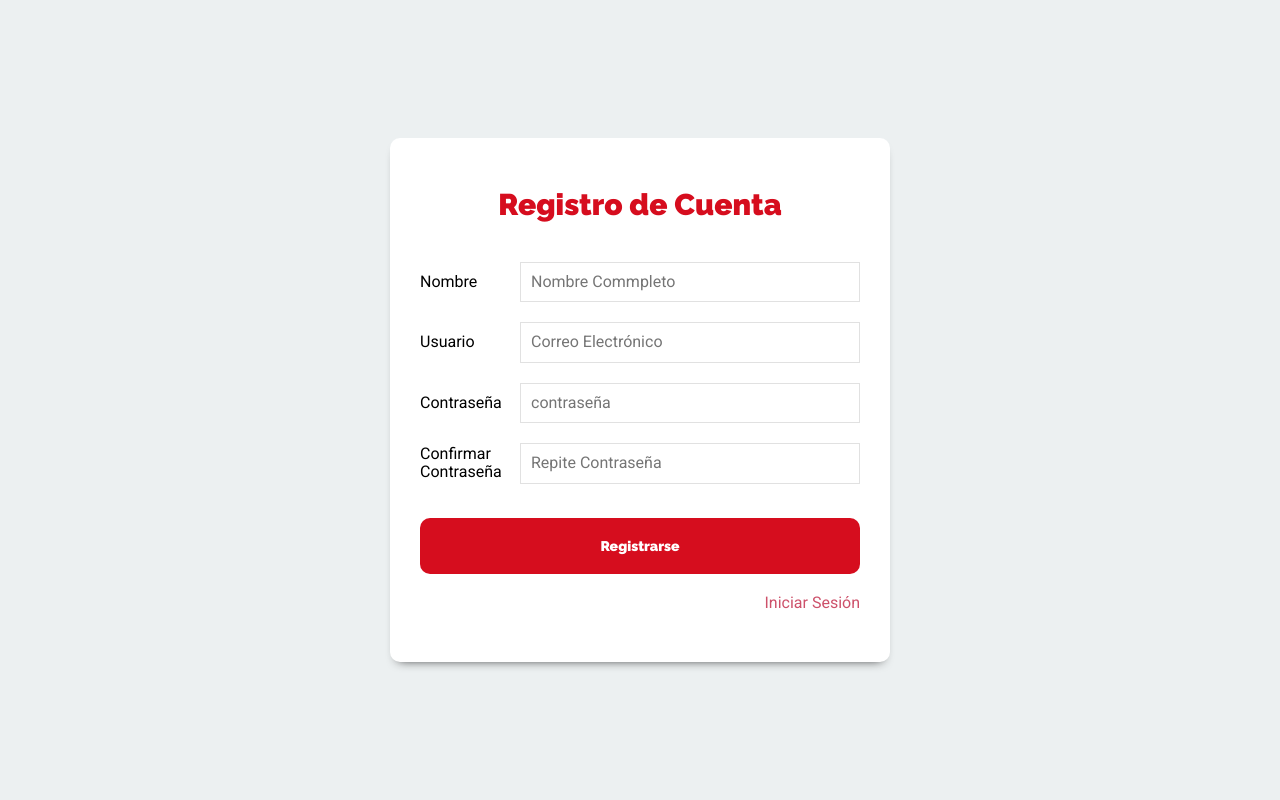
Repository: andrescovarrubias/admin-proyectos
Page: /nueva-cuenta (app in cliente/)
The author's editor kept a copy of each file at every save. The page is drawn from the files as they stood at one save, then again after the next save.
The browser window is 1280 px wide. The pictures show the whole page.
The project was rebuilt for these pictures with package versions that can differ from the ones it lists, and the page was loaded fresh each time. Also part of the build but not shown: cliente/src/components/auth/Login.jsx, cliente/src/components/proyectos/NuevoProyecto.jsx, cliente/src/components/layout/SideBar.jsx, cliente/src/components/proyectos/Proyectos.jsx.

Above is the page before, as saved 2020-10-31 17:23:24.

### cliente/src/index.css
:root {
  --blanco: #ffffff;
  --blanco2: #fcf7ff;
  --blanco3: #ecf0f1;
  --azul1: #258ea6;
  --morado1: #4d376d;
  --morado2: #861657;
  --azul2: #1b065e;
  --azul3: #2e4052;
  --rojo: #d60d1e;
  --rojo2: #b8082c;
  --headingFont: "Raleway", sans-serif;
  --textFont: "Roboto", sans-serif;
}
*,
*:before,
*:after {
  box-sizing: inherit;
}
html {
  box-sizing: border-box;
  height: 100%;
  font-size: 62.5%;
}
body {
  min-height: 100%;
  background-color: #ecf0f1;
  font-size: 16px;
  font-size: 1.6rem;
  font-family: var(--textFont);
}

h1,
h2 {
  font-family: var(--headingFont);
  font-weight: 900;
  margin: 0 0 4rem 0;
  text-align: center;
  color: var(--rojo);
}
h1 span {
  font-weight: 400;
}
h1 {
  font-size: 3rem;
}
h2 {
  font-size: 2.4rem;
}
ul {
  list-style: none;
  padding: 0;
  margin: 0;
}
a {
  text-decoration: none;
  color: var(--gris2);
}

/** BOTONES **/
.btn {
  margin-top: 2vh;
  font-family: var(--headingFont);
  padding: 20px;
  font-size: 14px;
  font-weight: bold;
  border-radius: 10px;
  border: none;
  transition: background-color 0.3s ease;
}
.btn:hover {
  cursor: pointer;
}
.btn-primario {
  background-color: var(--rojo);
  color: var(--blanco);
}
.btn-primario:hover {
  background: rgb(185, 26, 47);
}
.btn-secundario {
  background-color: var(--rojo2);
}
.btn-block {
  display: block;
  width: 100%;
}
.btn-submit:hover {
  background-color: rgb(185, 26, 47);
}
.btn-blank {
  margin: 0;
  padding: 0;
  display: block;
  background-color: transparent;
}

@media (min-width: 768px) {
  .contenedor-app {
    display: flex;
    min-height: 100vh;
  }

  aside {
    background-color: var(--blanco);
    flex: 0 0 300px;
  }
  .seccion-principal {
    flex: 1;
  }
}

/* BARRA LATERAL */
aside {
  padding: 3rem;
}

.formulario-nuevo-proyecto {
  margin-top: 6rem;
}
.formulario-nuevo-proyecto .input-text {
  border-bottom: 1px solid var(--gris2);
  border-radius: 0;
  background-color: var(--gris1);
}
.formulario-nuevo-proyecto .input-text::placeholder {
  color: var(--gris2);
}
.proyectos {
  margin-top: 5vh;
}
.listado-proyectos li {
  margin-bottom: 2rem;
}
.listado-proyectos li a {
  font-size: 1.4rem;
  color: var(--gris2);
  line-height: 1.5;
  font-weight: 300;
}
.app-header {
  display: flex;
  justify-content: space-between;
  background-color: var(--gris2);
  padding: 4rem;
}
.nombre-usuario {
  color: var(--blanco);
  font-size: 2.2rem;
  margin: 0;
}
.nombre-usuario span {
  font-weight: 900;
}
.nav-principal a {
  color: var(--blanco);
  text-decoration: none;
}
.nav-principal a:first-of-type {
  margin-right: 2rem;
}

/** Formulario crear y editar tareas **/
.formulario {
  background-color: var(--gris3);
  padding: 4rem;
}
.formulario form {
  max-width: 600px;
  margin: 0 auto;
}
.contenedor-input {
  display: flex;
}
.contenedor-input label {
  margin-bottom: 1rem;
  color: var(--blanco);
}
.input-text {
  padding: 1rem;
  border: none;
  border-radius: 0.5rem;
  flex: 1;
  width: 100%;
}

/** TAREAS LISTADO **/
.contenedor-tareas {
  padding: 4rem;
}

.listado-tareas {
  max-width: 600px;
  margin: 0 auto;
}

.tarea {
  display: flex;
  justify-content: space-between;
  background-color: var(--blanco);
  padding: 0.5rem 2rem;
  align-items: center;
  margin-bottom: 1rem;
  border-radius: 0.5rem;
}
.sombra {
  -webkit-box-shadow: 0px 4px 10px -3px rgba(117, 117, 117, 1);
  -moz-box-shadow: 0px 4px 10px -3px rgba(117, 117, 117, 1);
  box-shadow: 0px 4px 10px -3px rgba(117, 117, 117, 1);
}
.sombra-dark {
  -webkit-box-shadow: 0px 6px 11px -8px rgba(0, 0, 0, 0.9);
  -moz-box-shadow: 0px 6px 11px -8px rgba(0, 0, 0, 0.9);
  box-shadow: 0px 6px 11px -8px rgba(0, 0, 0, 0.9);
}
.tarea .acciones .btn:first-of-type {
  margin-right: 1rem;
}
.tarea p {
  font-size: 1.6rem;
  flex: 1;
  padding-right: 2rem;
}
.tarea .btn {
  padding: 0.8rem;
  font-size: 1.4rem;
  border-radius: 0;
  margin: 0;
}

.estado {
  margin-right: 1rem;
}
.estado button,
.mensaje {
  font-weight: 900;
  font-family: var(--textFont);
  font-size: 1rem;
  padding: 0.5rem;
  border-radius: 0.5rem;
  cursor: pointer;
  border: none;
}
.mensaje {
  text-align: center;
  font-size: 1.6rem;
  border-radius: 0;
}
.mensaje:hover {
  cursor: default;
}
.completo,
.correcto {
  background-color: rgba(154, 252, 154, 0.3);
  color: var(--gris3);
}
.incompleto {
  background-color: rgba(255, 178, 178, 0.4);
  color: var(--gris3);
}
.error {
  max-width: 600px;
  margin: 2rem auto 0 auto;
  background-color: rgb(170, 0, 0);
  color: var(--blanco);
}

.tarea-enter,
.proyecto-enter {
  opacity: 0;
}
.tarea-enter-active,
.proyecto-enter-active {
  opacity: 1;
  transition: opacity 200ms;
}
.tarea-exit,
.proyecto-exit {
  opacity: 1;
}
.tarea-exit-active,
.proyecto-exit-active {
  opacity: 0;
  transition: opacity 200ms;
}

.form-usuario {
  height: 100vh;
  min-height: 800px;
  display: flex;
  align-items: center;
  justify-content: center;
}

.contenedor-form {
  padding: 5rem 3rem;
  max-width: 500px;
  width: 95%;
  background-color: var(--blanco);
  border-radius: 1rem;
}
.contenedor-form h1 {
  color: var(--rojo);
}

.campo-form {
  display: flex;
  margin-bottom: 2rem;
  align-items: center;
}
.campo-form:last-of-type {
  margin: 0;
}
.campo-form label {
  flex: 0 0 100px;
  font-family: var(--textFont);
}
.campo-form input[type="password"],
.campo-form input[type="email"],
.campo-form input[type="text"] {
  border: 1px solid #e1e1e1;
  padding: 1rem;
  flex: 1;
}

.enlace-cuenta {
  margin-top: 2rem;
  display: block;
  opacity: 0.7;
  float: right;
  color: var(--rojo2);
}
.enlace-cuenta:hover {
  text-decoration: underline var(--rojo);
}

.alerta {
  position: fixed;
  top: 0;
  left: 0;
  padding: 1rem 3rem;
  border-radius: 1rem;
  font-family: var(--headingFont);
  font-weight: 600;
  text-transform: uppercase;
  font-size: 2.2rem;
  text-align: center;
  width: 100%;
}
@media (min-width: 768px) {
  .alerta {
    width: auto;
    top: 30px;
    right: 10px;
    left: auto;
  }
}

.alerta-ok {
  background-color: rgb(109, 211, 109);
  color: rgb(2, 103, 2);
}
.alerta-error {
  background-color: rgb(230, 78, 78);
  color: var(--blanco);
}

### cliente/src/App.js
import React, {Fragment, useState, useEffect, useContext} from 'react';
import Login from './components/auth/Login';
import NuevaCuenta from './components/auth/NuevaCuenta';
import Proyectos from './components/proyectos/Proyectos';

import {BrowserRouter as Router, Switch, Route} from 'react-router-dom';


function App() {
  return (
    <Router>
      <Switch>
        <Route exact path='/' component = {Login} />
        <Route exact path='/nueva-cuenta' component = {NuevaCuenta} />
        <Route exact path='/proyectos' component = {Proyectos} />
      </Switch>
    </Router>
  );
}

export default App;

### cliente/src/components/auth/NuevaCuenta.jsx
import React, { useState } from 'react';
import {Link} from 'react-router-dom';


const NuevaCuenta = () => {

     // state para iniciar sesion
     const [usuario, guardarUsuario] = useState ({
          nombre:'',
          email:'',
          password:'',
          confirmar:''
     });

     // extraer el usuario
     const {nombre,email, password, confirmar} = usuario;

     const onChange = e => {
          guardarUsuario({
               ...usuario,
               [e.target.name] : e.target.value
          })
     }


     // cuando el usuario quiere iniciar sesion
     const onSubmit = e => {
          e.preventDefault();

          // validar que no haya campos vacios

          // pasarlo al action

     }

     return (
          <div className="form-usuario">
               <div className="contenedor-form sombra-dark">
                    <h1>Registro de Cuenta</h1>
                    <form
                         onSubmit = {onSubmit}
                    >
                         <div className="campo-form">
                              <label htmlFor="nombre">Nombre</label>
                              <input
                                   type="text"
                                   id="nombre"
                                   name="nombre"
                                   placeholder="Nombre Commpleto"
                                   autocomplete="off"
                                   required
                                   value={nombre}
                                   onChange={onChange}
                              />
                         </div>
                         <div className="campo-form">
                              <label htmlFor="email">Usuario</label>
                              <input
                                   type="email"
                                   id="email"
                                   name="email"
                                   placeholder="Correo Electrónico"
                                   autocomplete="off"
                                   required
                                   value={email}
                                   onChange={onChange}
                              />
                         </div>
                         <div className="campo-form">
                              <label htmlFor="password">Contraseña</label>
                              <input
                                   type="password"
                                   id="password"
                                   name="password"
                                   placeholder="contraseña"
                                   autocomplete="off"
                                   value={password}
                                   required
                                   onChange={onChange}
                              />
                         </div>
                         <div className="campo-form">
                              <label htmlFor="confirmar">Confirmar Contraseña</label>
                              <input
                                   type="password"
                                   id="confirmar"
                                   name="confirmar"
                                   placeholder="Repite Contraseña"
                                   autocomplete="off"
                                   value={confirmar}
                                   required
                                   onChange={onChange}
                              />
                         </div>

                         <div className="campo-form">
                              <input type="submit" className=" btn btn-primario btn-block" value="Registrarse"/>
                         </div>
                    </form>
                    <Link to={'/'} className="enlace-cuenta">
                         Iniciar Sesión
                    </Link>
               </div>
          </div>
      );
}

export default NuevaCuenta;

Loaded but not shown: cliente/public/index.html (common file); cliente/src/index.js (common file); cliente/src/reportWebVitals.js (common file)

After the next save:
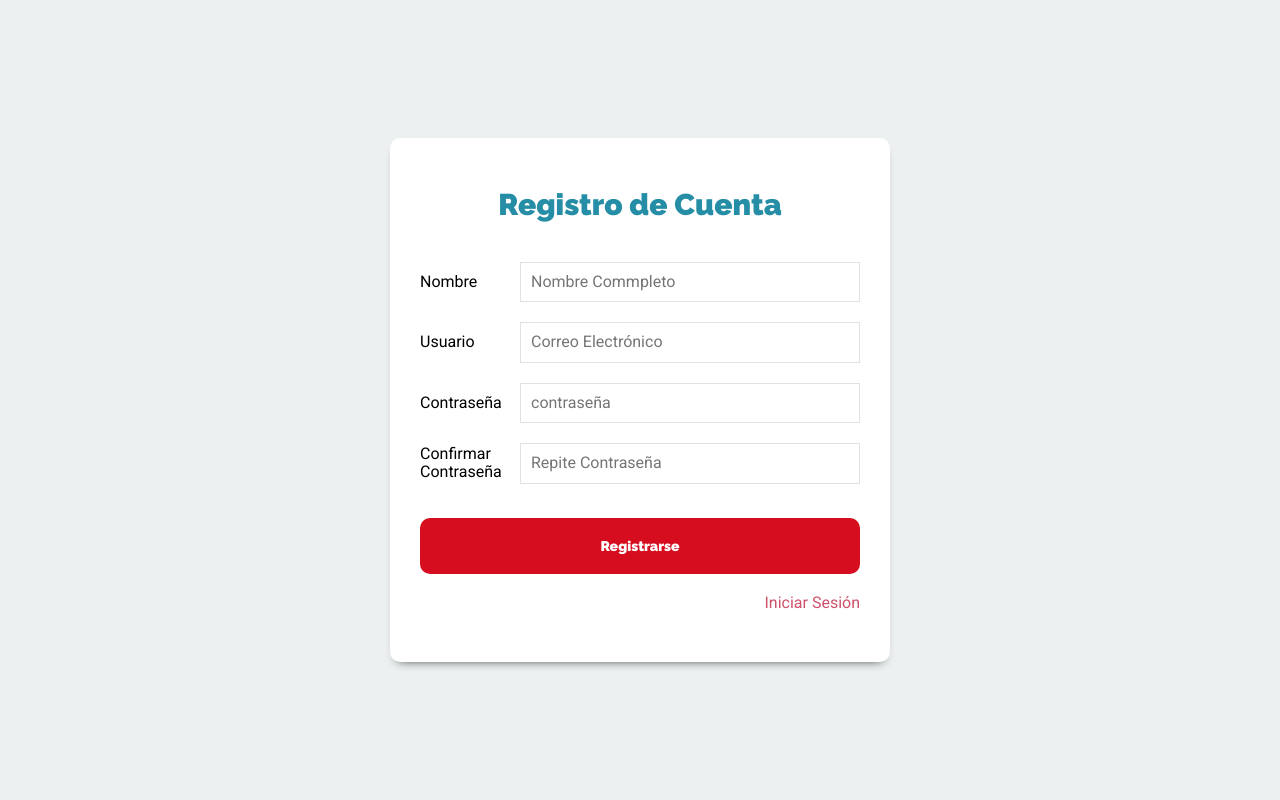
Saved 9 s later.
--- a/cliente/src/index.css
+++ b/cliente/src/index.css
@@ -300,7 +300,7 @@ aside {
   border-radius: 1rem;
 }
 .contenedor-form h1 {
-  color: var(--rojo);
+  color: var(--azul1);
 }
 
 .campo-form {
